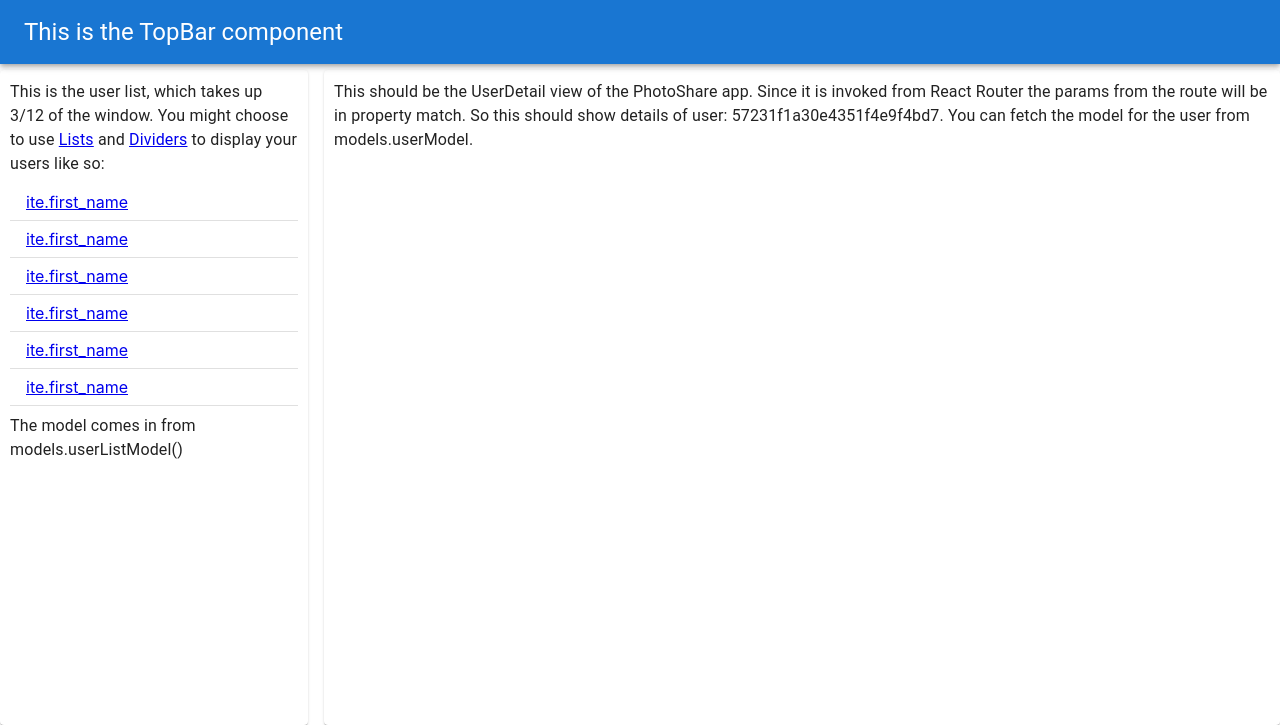
Repository: Trung0810/photo-sharing-v1
Page: /users/57231f1a30e4351f4e9f4bd7
An editor plug-in stored every save of this project. The page is shown before and after the next save, followed by the edit.
The browser window is 1280 px wide. The pictures show the whole page.
The project was rebuilt for these pictures with package versions that can differ from the ones it lists, and the page was loaded fresh each time. Also part of the build but not shown: src/modelData/models.js, src/components/UserPhotos/index.jsx.

Above is the page before, as saved 2026-04-04 14:03:00.

After the next save:
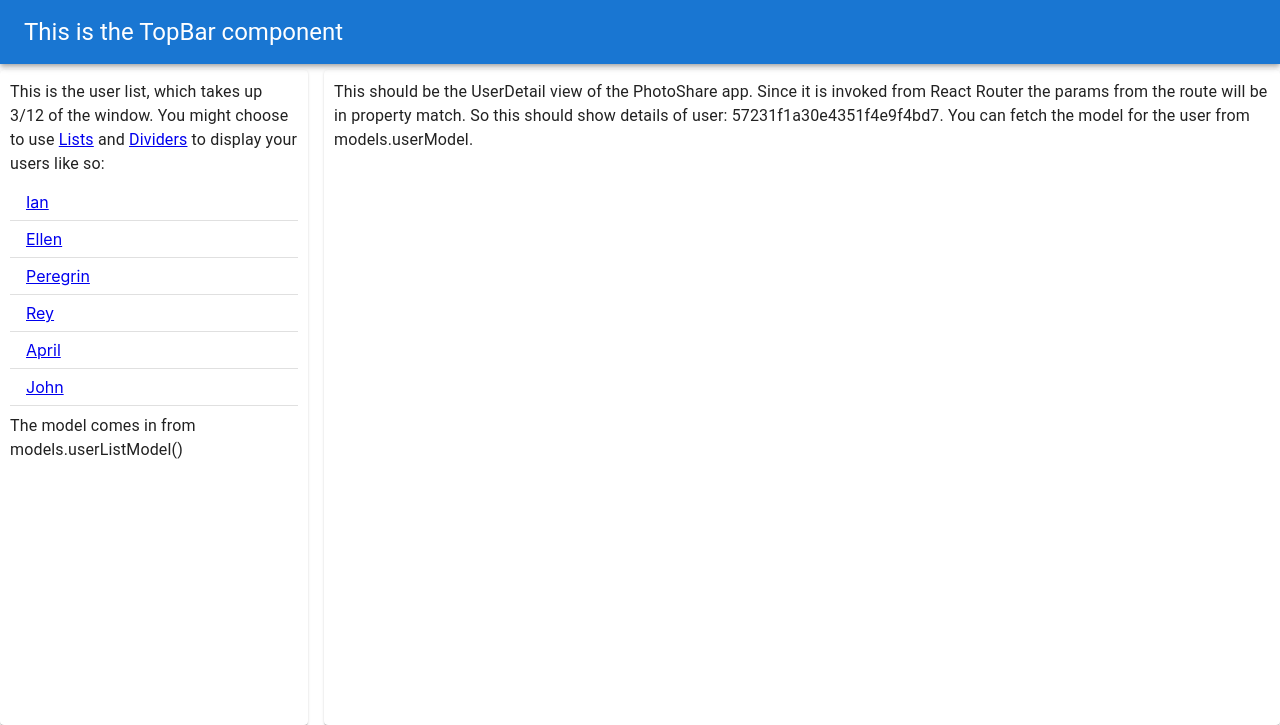
Saved 50 s later.
--- a/src/components/UserList/index.jsx
+++ b/src/components/UserList/index.jsx
@@ -28,7 +28,7 @@ function UserList() {
         {users.map((item) => (
           <>
             <ListItem>
-              <Link to={`/users/:${item.id}`}>ite.first_name</Link>
+              <Link to={`/users/:${item.id}`}>{item.first_name}</Link>
             </ListItem>
             <Divider />
           </>
